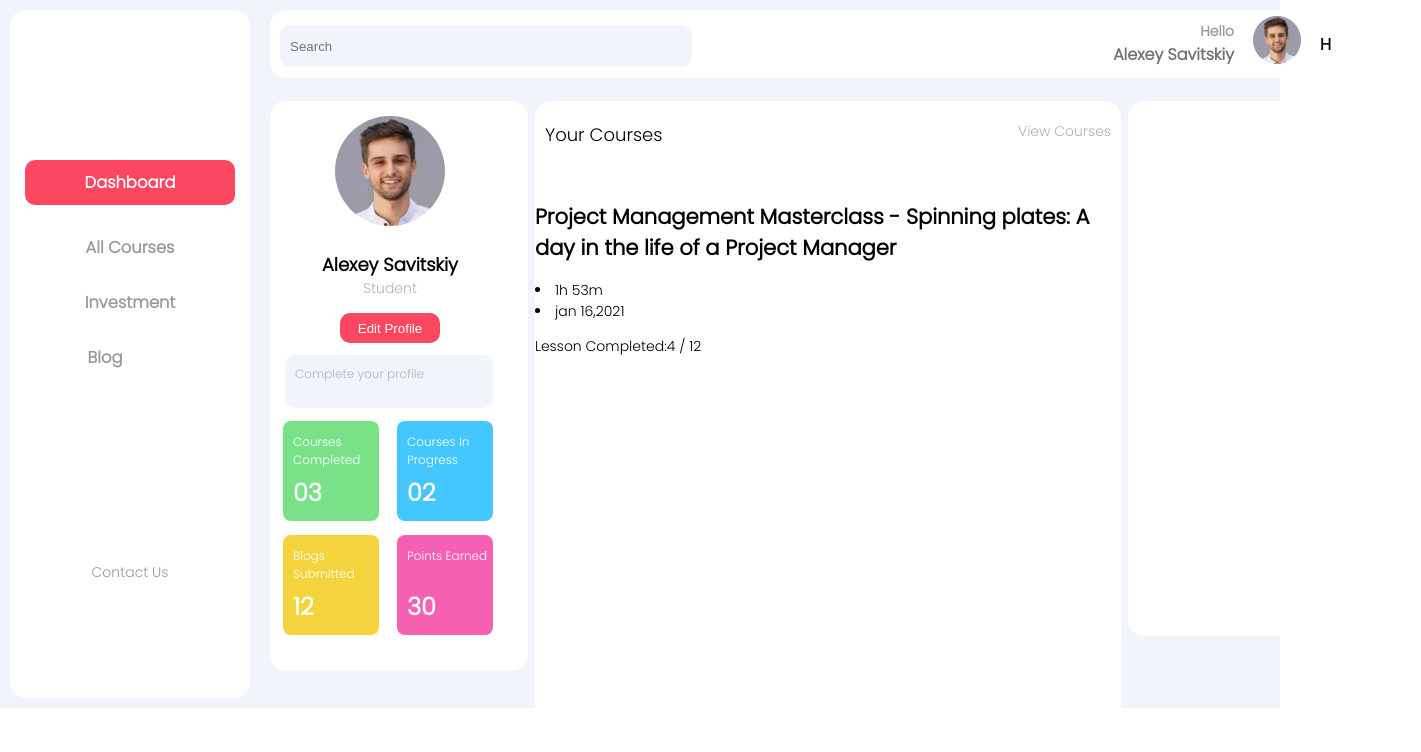
Repository: Anuruddha00/dashboard-design
Page: /
An editor plug-in stored every save of this project. The page is shown before and after the next save, followed by the edit.
The browser window is 1280 px wide. The page is 1421 px wide, so the pictures cover 1421 px, including what lies to the right of the window. The pictures show the whole page.
The project was rebuilt for these pictures with package versions that can differ from the ones it lists, and the page was loaded fresh each time.

Above is the page before, as saved 2021-05-07 19:24:30.

After the next save:
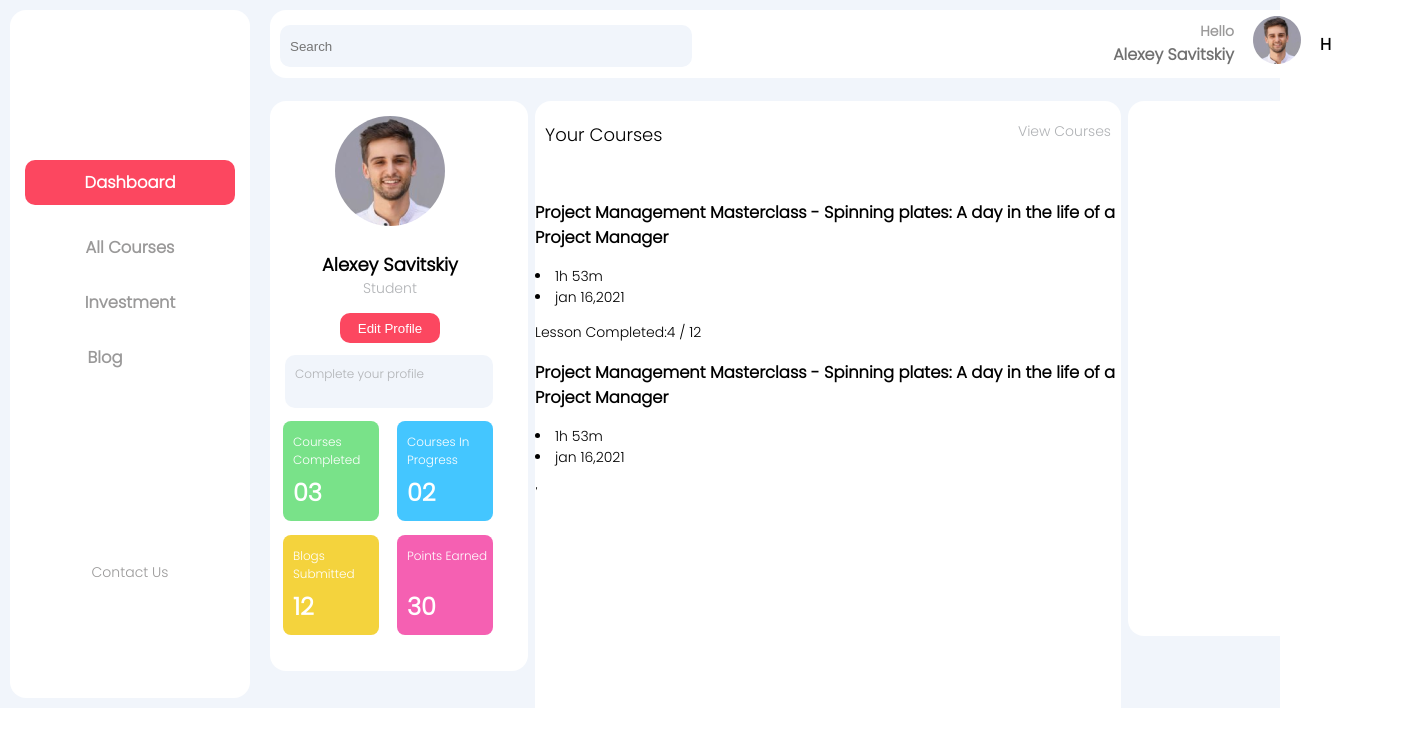
Saved 2 min 52 s later.
--- a/src/containers/Dashboard/Dashboard.js
+++ b/src/containers/Dashboard/Dashboard.js
@@ -80,7 +80,7 @@ const dashboard = () =>{
                                                 <img/>
                                             </div>
                                             <div>
-                                                <h2>Project Management Masterclass - Spinning plates: A day in the life of a Project Manager</h2>
+                                                <h3>Project Management Masterclass - Spinning plates: A day in the life of a Project Manager</h3>
                                                 <div>
                                                     <li>1h 53m</li>
                                                     <li>jan 16,2021</li>
@@ -89,7 +89,14 @@ const dashboard = () =>{
                                             </div>
                                         </div>
                                         <div>
-
+                                            <div>
+                                                <h3>Project Management Masterclass - Spinning plates: A day in the life of a Project Manager</h3>
+                                                <div>
+                                                    <li>1h 53m</li>
+                                                    <li>jan 16,2021</li>
+                                                </div>
+                                                <p>Lesson Completed:4 / 12</p>
+                                            </div>
                                         </div>
                                     </div>
                                 </section>
